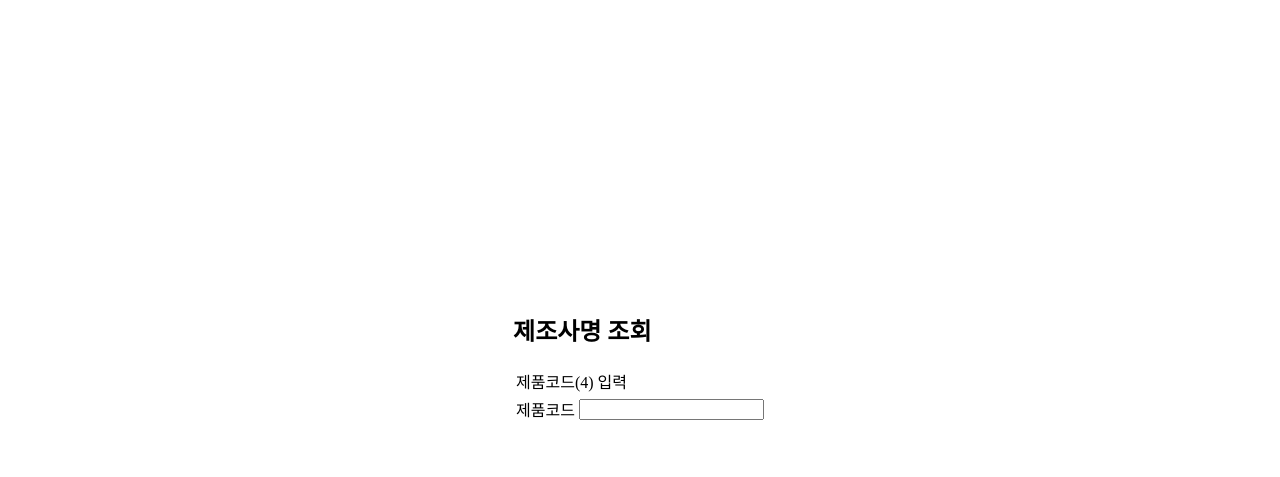
Repository: dlrjsgh367/SW-L5-20V1
Page: SW-L5-20V1/WebContent/task2.html
The author's editor kept a copy of each file at every save. The page is drawn from the files as they stood at one save, then again after the next save.
The browser window is 1280 px wide. The pictures show the whole page.

Above is the page before, as saved 2025-01-12 08:20:10.

### SW-L5-20V1/WebContent/task2.html
<!DOCTYPE html>
<html>
<head>
  <meta charset="UTF-8">
  <link rel="stylesheet" href="style.css">
</head>
<body>
  <div class="container">
    <div>
      <h2>제조사명 조회</h2>
      <table>
        <tr>
          <td colspan="2">제품코드(4) 입력</td>
        </tr>
        <tr>
          <td>제품코드</td>
          <td><input/></td>
        </tr>
        <tr>
          <td></td>
        </tr>
      </table>
    </div>
  </div>
</body>
</html>

### SW-L5-20V1/WebContent/style.css
html, body {
	margin: 0;
	padding: 0;
	height: 100%
}

.container {
	display: flex;
	justify-content: center;
	align-items: center;
	height: 100%;
}

.wrapper {

}

After the next save:
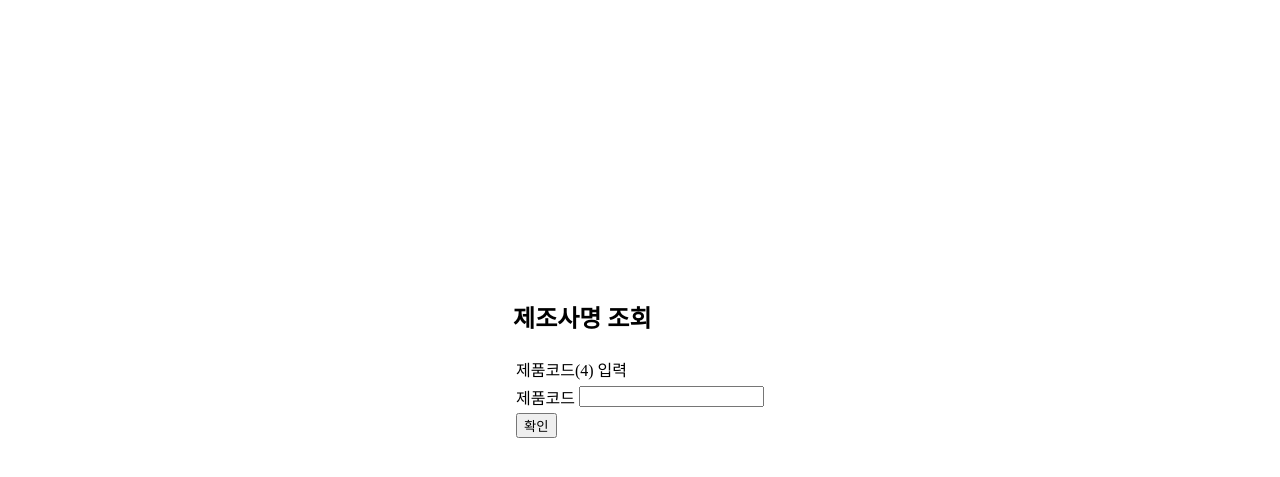
Saved 8 s later.
--- a/SW-L5-20V1/WebContent/task2.html
+++ b/SW-L5-20V1/WebContent/task2.html
@@ -17,7 +17,9 @@
           <td><input/></td>
         </tr>
         <tr>
-          <td></td>
+          <td>
+            <button>확인</button>
+          </td>
         </tr>
       </table>
     </div>
